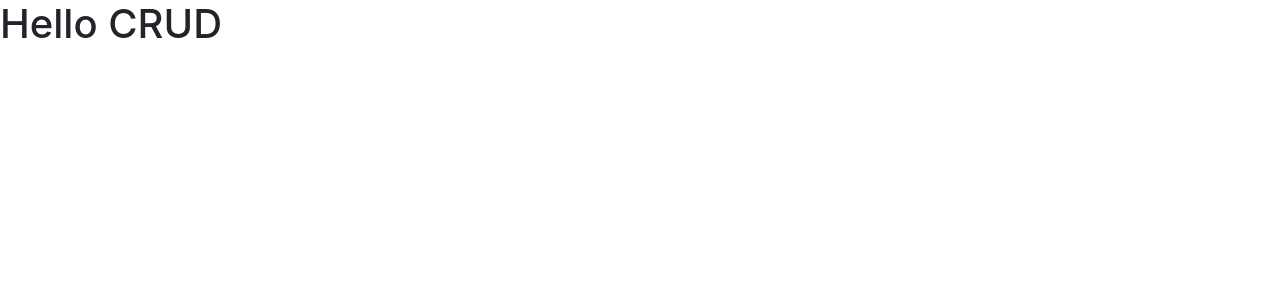
Repository: hardik2626/reactcrud2020
Page: /
An editor plug-in stored every save of this project. The page is shown before and after the next save, followed by the edit.
The browser window is 1280 px wide. The pictures show the whole page.
The project was rebuilt for these pictures with package versions that can differ from the ones it lists, and the page was loaded fresh each time. Also part of the build but not shown: src/index.css, src/App.css.

Above is the page before, as saved 2020-10-28 17:37:22.

### src/App.js

import './App.css';
import '../node_modules/bootstrap/dist/css/bootstrap.css'

function App() {
  return (
    <div className="App">
      <h1>Hello CRUD</h1>
    </div>
  );
}

export default App;

### src/component/pages/Home.js
import React from 'react'

const Home = () => {
    return (
        <>
            <div className="container">
                <div className="py-4">
                    <h1>Homepage</h1>
                </div>
            </div>
        </>
    )
}

export default Home

Loaded but not shown: public/index.html (common file); src/index.js (common file)

After the next save:
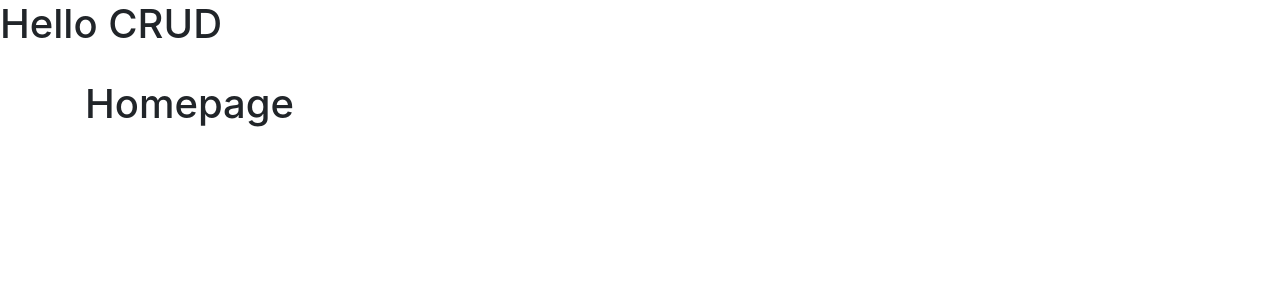
Saved 34 s later.
--- a/src/App.js
+++ b/src/App.js
@@ -1,11 +1,13 @@
 
 import './App.css';
 import '../node_modules/bootstrap/dist/css/bootstrap.css'
+import Home from './component/pages/Home';
 
 function App() {
   return (
     <div className="App">
       <h1>Hello CRUD</h1>
+      <Home />
     </div>
   );
 }
